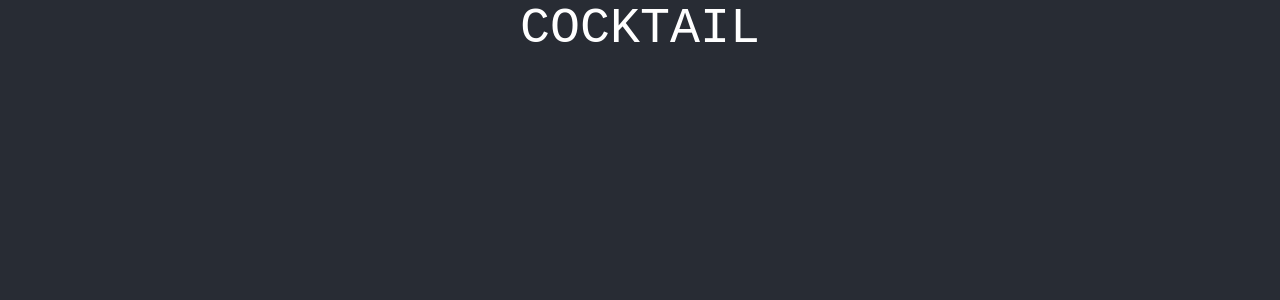
Repository: phunobi1807/coctails
Page: /
An editor plug-in stored every save of this project. The page is shown before and after a run of saves, followed by the edit.
The browser window is 1280 px wide. The pictures show the whole page.
The project was rebuilt for these pictures with package versions that can differ from the ones it lists, and the page was loaded fresh each time.

Above is the page before, as saved 2021-09-25 12:47:40.

### src/App.js

import './App.scss';

function App() {
  return (
    <div className="App">
        <header><span>C</span>OCKTAIL</header>
    </div>
  );
}

export default App;

### src/App.scss
* {
  background-color: #282c34;
  color: white;
  font-family: 'Courier New', Courier, monospace, sans-serif;
}
.App
{
  header
  {
    font-size: 50px;
    text-align: center;
    margin: 0 20px;
  }
}

Loaded but not shown: public/index.html (common file); src/index.js (common file); src/index.css (common file); src/reportWebVitals.js (common file)

After the next 2 saves:
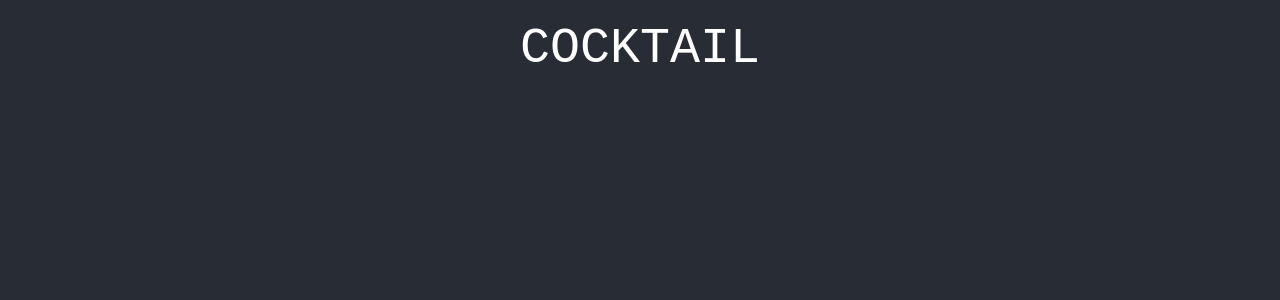
The 2 saves are shown as one change because they came seconds apart.
The last was saved 6 s later.
--- a/src/App.scss
+++ b/src/App.scss
@@ -9,6 +9,6 @@
   {
     font-size: 50px;
     text-align: center;
-    margin: 0 20px;
+    margin: 20px 0;
   }
 }
